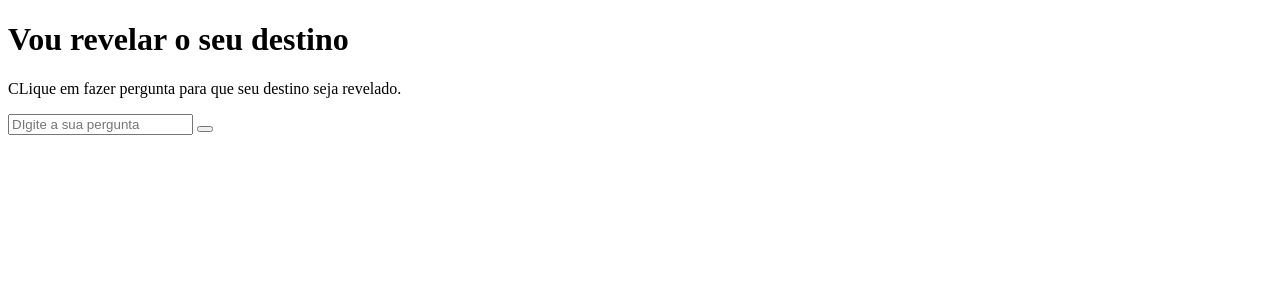
Repository: rickydomingos97/maratona-explorer-ricky
Page: index.html
An editor plug-in stored every save of this project. The page is shown before and after the next save, followed by the edit.
The browser window is 1280 px wide. The pictures show the whole page.

Above is the page before, as saved 2022-06-10 11:59:42.

After the next save:
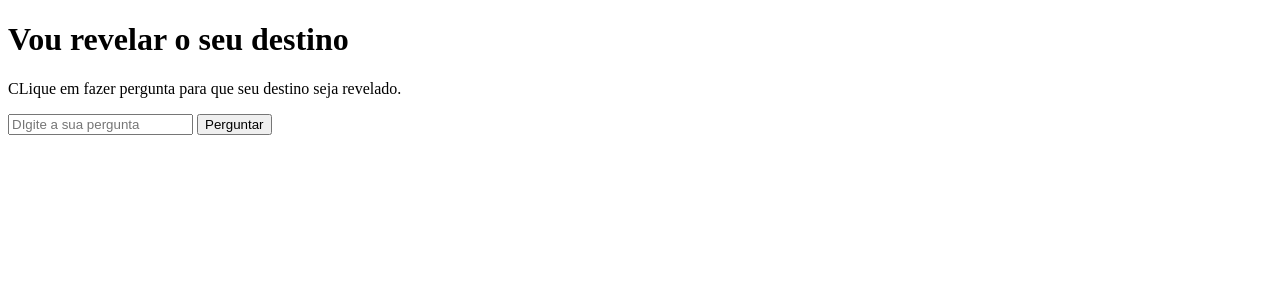
Saved 7 s later.
--- a/index.html
+++ b/index.html
@@ -11,7 +11,7 @@
         <h1>Vou revelar o seu destino</h1>
         <p>CLique em fazer pergunta para que seu destino seja revelado.</p>
         <input type="text" placeholder="DIgite a sua pergunta">
-        <button type="submit"></button>
+        <button type="submit">Perguntar</button>
     </div>
 </body>
 </html>
